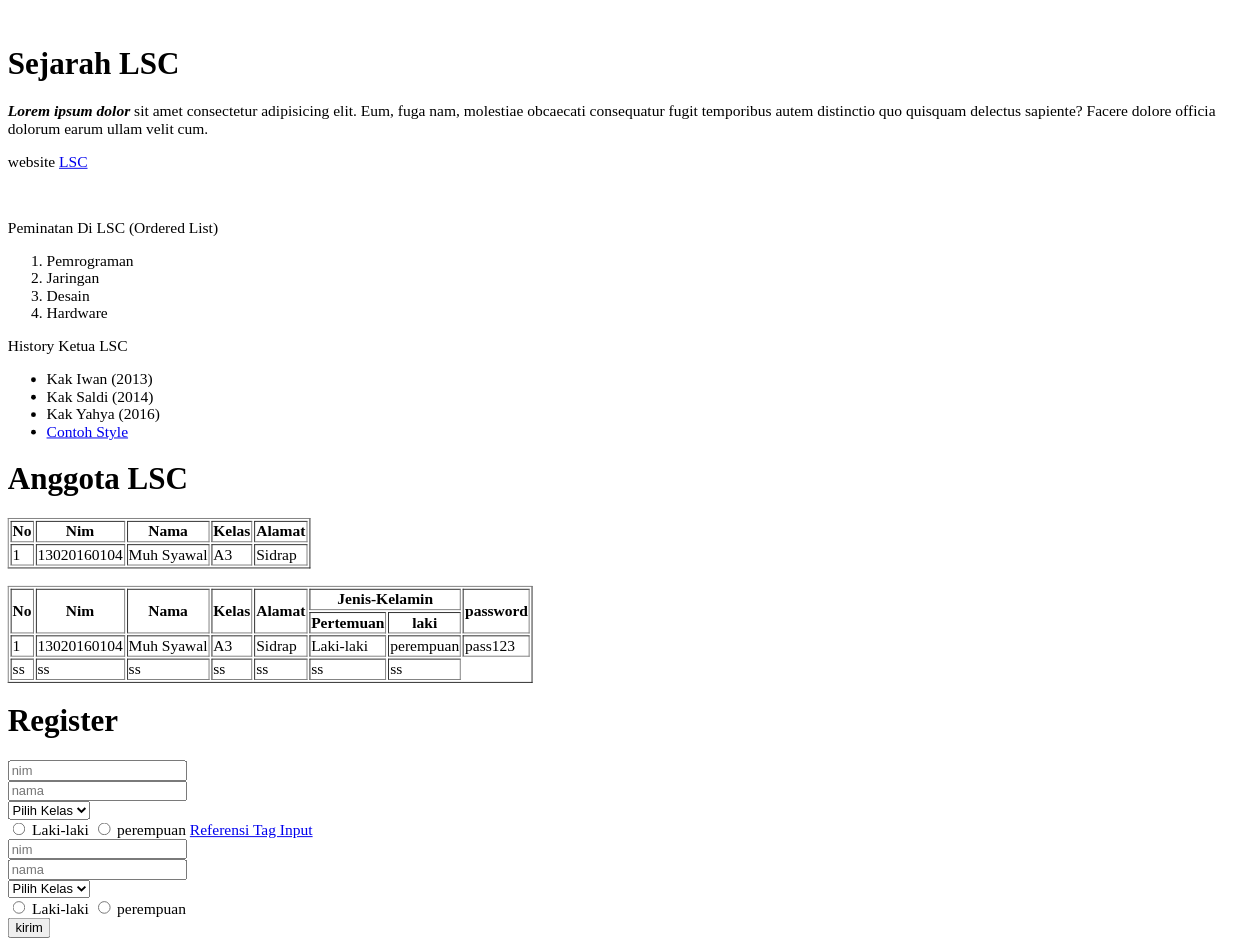
Repository: syawal2kalii/HelloWorld
Page: pertemuan 2/basichtml.htm
These files come from the project's save history. The page is drawn as it stood at one moment and after the next save; the edit follows.
The browser window is 1280 px wide. The pictures show the whole page, at 97% of full size.

Above is the page before, as saved 2019-11-17 13:26:57.

### pertemuan 2/basichtml.htm

<!--
Pertemuan 4
Overview
    Struktur Dasar
    Struktur Tag
        *Tag,Atribute,Property
    Berkenalan Dengan Beberapa Tag
        *image
        *header
        *Paragraph
        *Text Style (Bold,italic,font)
        *a
        *list
        *Table (colspan & Rowspan)
        *input
        *form
        *link import
    Dimensi dari setiap tag (block,inline)
    Studi Case : login,register,table user (No Style)

     -->

<!DOCTYPE html>
<html lang="en">
<head>
    <meta charset="UTF-8">
    <meta name="viewport" content="width=device-width, initial-scale=1.0">
    <meta http-equiv="X-UA-Compatible" content="ie=edge">
    <title>Basic HTML (Pertemuan 5)</title>
</head>
<body>
    <!-- tag atribute value
        global -> style,class (https://www.w3.org/TR/2010/WD-html-markup-20101019/global-attributes.html)
        local -> src
    -->

    <img src="" alt="">
    <center></center><h1>Sejarah LSC</h1>
    <p> <b><i>Lorem ipsum dolor</i></b>  sit amet consectetur adipisicing elit. Eum, fuga nam,
         molestiae obcaecati consequatur fugit temporibus autem distinctio quo quisquam
          delectus sapiente? Facere dolore officia dolorum earum ullam velit cum. </p>

    <p>website <a href="http://www.lscumi.info.tm">LSC</a> </p>
    <img src="" alt="">
   <p> Peminatan Di LSC (Ordered List) </p>
    <ol>
        <li>Pemrograman</li>
        <li>Jaringan</li>
        <li>Desain</li>
        <li>Hardware</li>
    </ol>

    <p>History Ketua LSC</p>
    <ul>
        <li>Kak Iwan (2013)</li>
        <li>Kak Saldi (2014)</li>
        <li>Kak Yahya (2016)</li>
        <li><a href="https://www.w3schools.com/html/html_lists.asp">Contoh Style</a></li>
    </ul>

    <h1>Anggota LSC</h1>
    <table border="1"> <!-- tag pembuka -->
        <tr> <!-- table row -->
            <th>No</th> <!-- table Head -->
            <th>Nim</th>
            <th>Nama</th>
            <th>Kelas</th>
            <th>Alamat</th>
        </tr>
        <tr>
            <td>1</td> <!-- table Data -->
            <td>13020160104</td> <!-- table Data -->
            <td>Muh Syawal</td> <!-- table Data -->
            <td>A3</td> <!-- table Data -->
            <td>Sidrap</td> <!-- table Data -->
        </tr>
    </table> <!-- tag penutup -->

    <table border="1">

        <tr>
            <th rowspan="2">No</th>
            <th rowspan="2">Nim</th>
            <th rowspan="2">Nama</th>
            <th rowspan="2">Kelas</th>
            <th rowspan="2">Alamat</th>
            <th colspan="2">Jenis-Kelamin</th>
            <th rowspan="2">password</th>
        </tr>

        <tr>

               <th>Pertemuan</td>
               <th>laki</td>

        </tr>
        <tr>
            <td>1</td>
            <td>13020160104</td>
            <td>Muh Syawal</td>
            <td>A3</td>
            <td>Sidrap</td>
            <td>Laki-laki</td>
            <td>perempuan</td>
            <td>pass123</td>
        </tr>
        <br>
        <tr>
                <td>ss</td>
                <td>ss</td>
                <td>ss</td>
                <td>ss</td>
                <td>ss</td>
                <td>ss</td>
                <td>ss</td>
            </tr>
    </table>

    <!-- tag input -->
    <h1>Register</h1>
    <input placeholder="nim" name="nim" type="number"> <br>
    <input type="text" placeholder="nama" name="nama" id=""> <br>

    <select name="kelas" id="">
        <option value="">Pilih Kelas</option>
        <option value="A1">A1</option>
        <option value="A1">A2</option>
        <option value="A1">A3</option>
        <option value="A1">A4</option>
    </select>
    <br>
    <input type="radio" name="jk" value="laki" id=""> Laki-laki
    <input type="radio" name="jk" value="laki" id=""> perempuan

    <a href="https://www.w3schools.com/tags/tag_input.asp">Referensi Tag Input</a>

    <!-- form -->
    <form action="" method="get">
            <input placeholder="nim" name="nim" type="number"> <br>
            <input type="text" placeholder="nama" name="nama" id=""> <br>

            <select name="kelas" id="">
                <option value="">Pilih Kelas</option>
                <option value="A1">A1</option>
                <option value="A1">A2</option>
                <option value="A1">A3</option>
                <option value="A1">A4</option>
            </select>
            <br>
            <input type="radio" name="jk" value="laki" id=""> Laki-laki
            <input type="radio" name="jk" value="laki" id=""> perempuan <br>
            <input type="button" value="kirim">
    </form>
    <!-- <link rel="stylesheet" href="lscumi.info.tm">Ini link ke website LSC -->


</body>


</html>

<!-- Cat
    1.tag a harus pake https
    2.fungsi name di setiap atribute (radio)
    3.perbedaan get & post
    4.atribut action pada form

-->

After the next save:
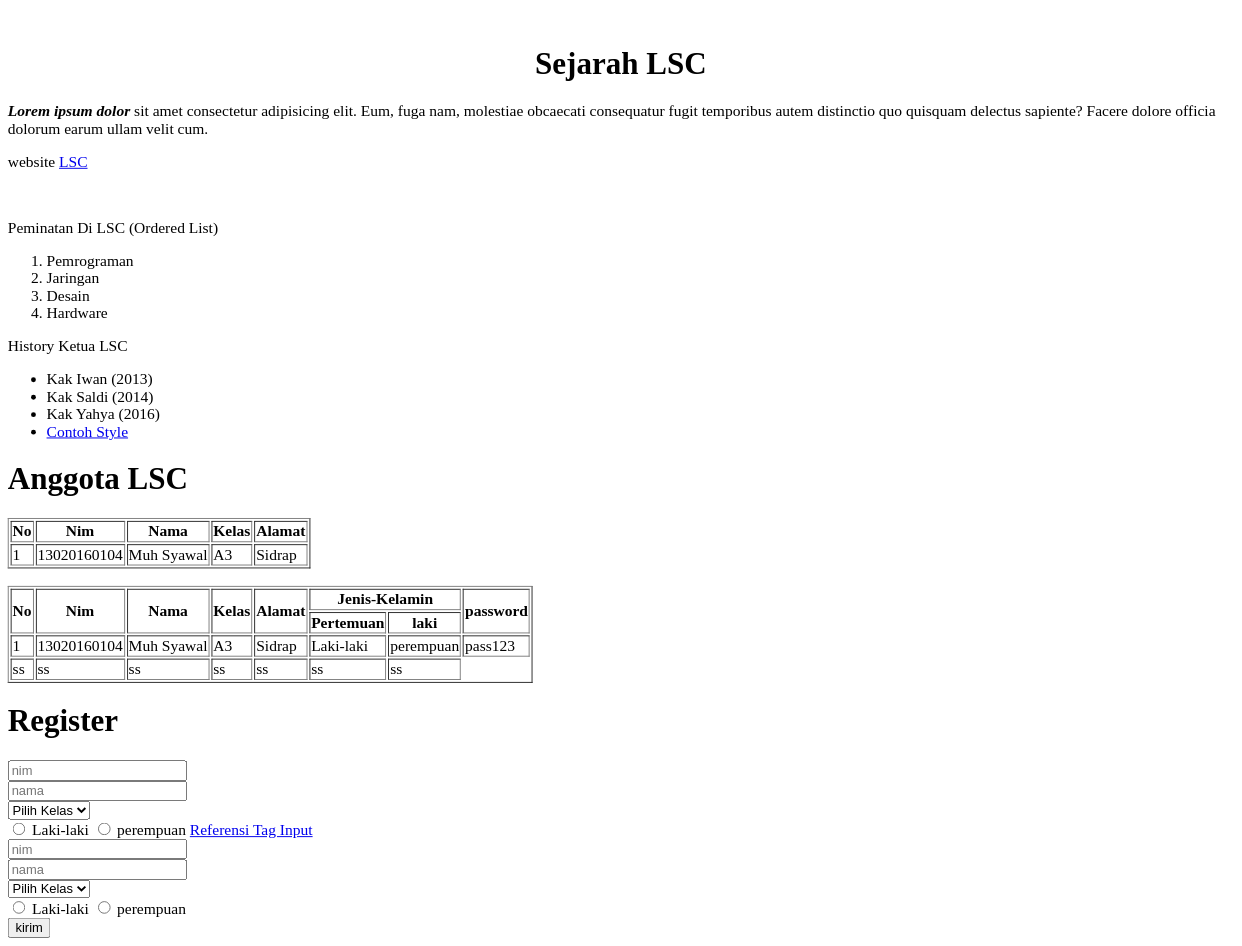
Saved 8 s later.
--- a/pertemuan 2/basichtml.htm
+++ b/pertemuan 2/basichtml.htm
@@ -36,7 +36,7 @@ Overview
     -->
 
     <img src="" alt="">
-    <center></center><h1>Sejarah LSC</h1>
+    <center><h1>Sejarah LSC</h1></center>
     <p> <b><i>Lorem ipsum dolor</i></b>  sit amet consectetur adipisicing elit. Eum, fuga nam,
          molestiae obcaecati consequatur fugit temporibus autem distinctio quo quisquam
           delectus sapiente? Facere dolore officia dolorum earum ullam velit cum. </p>
